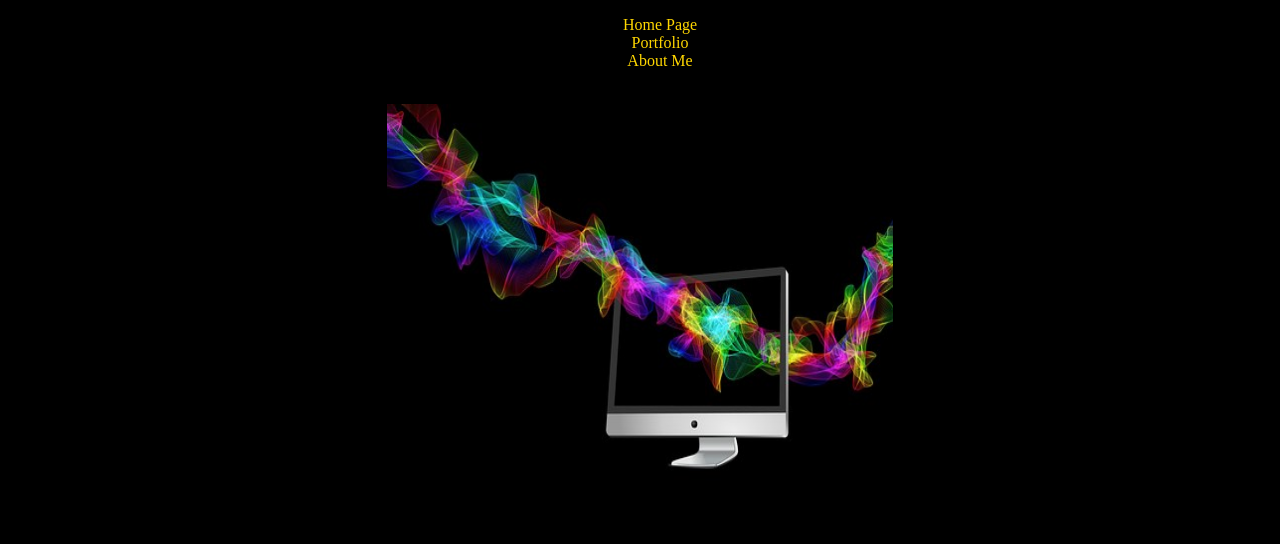
Repository: bluesyrupshed/bluesyrupshed.github.io
Page: index.html
The author's editor kept a record of every edit. The page is drawn from the files as they stood at one moment, then again after the next edit.
The browser window is 1280 px wide. The pictures show the whole page.

Above is the page before.

### index.html
<!DOCTYPE html>
<html>
    <head>
        <title>Home</title>
        <link rel="stylesheet" href="./styles/index.css">
          <link rel="shortcut icon" type="image/x-icon" href="computer favicon.png">
        </head>
    <body>
        <ul>
        <center><li><a href="index.html">Home Page</h1></a></li></center>
         <center><li><a href="portfolio.html">Portfolio</a></li></center>
         <center><li><a href="about.html">About Me</a></li></center>
          </ul>
          <br>


        <img src="smadel.jpg" alt="Computer with particles" width="400" height="400">
    </body>

</html>

### styles/index.css
body {
    background-color: rgb(0,0,0);
    list-style: none;
}

img {
  display: block;
  margin-left: auto;
  margin-right: auto;
  width: 40%;
}

a {
  color: #FFD700;
  text-decoration: none;
  display: block;
  margin: auto;
}

After the next edit:
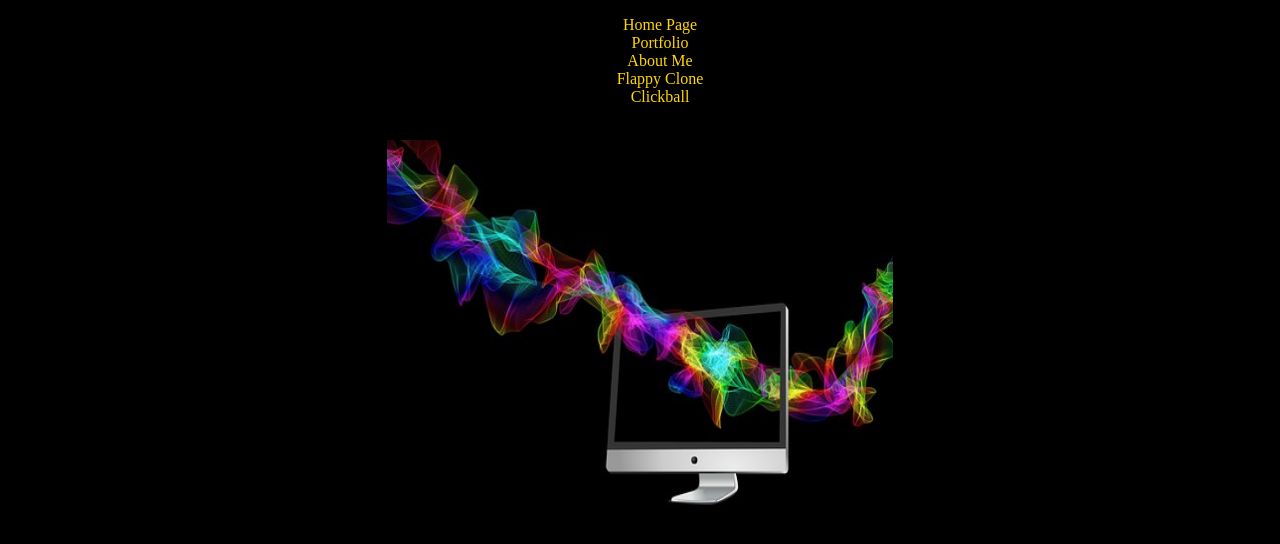
The edit:
--- a/index.html
+++ b/index.html
@@ -1,20 +1,34 @@
 <!DOCTYPE html>
 <html>
-    <head>
-        <title>Home</title>
-        <link rel="stylesheet" href="./styles/index.css">
-          <link rel="shortcut icon" type="image/x-icon" href="computer favicon.png">
-        </head>
-    <body>
-        <ul>
-        <center><li><a href="index.html">Home Page</h1></a></li></center>
-         <center><li><a href="portfolio.html">Portfolio</a></li></center>
-         <center><li><a href="about.html">About Me</a></li></center>
-          </ul>
-          <br>
+
+<head>
+    <title>Home</title>
+    <link rel="stylesheet" href="./styles/index.css">
+    <link rel="shortcut icon" type="image/x-icon" href="computer favicon.png">
+</head>
+
+<body>
+    <ul>
+        <center>
+            <li><a href="index.html">Home Page</h1></a></li>
+        </center>
+        <center>
+            <li><a href="portfolio.html">Portfolio</a></li>
+        </center>
+        <center>
+            <li><a href="about.html">About Me</a></li>
+        </center>
+        <center>
+            <li><a href="flappymm.html">Flappy Clone</a></li>
+        </center>
+        <center>
+            <li><a href="clickball.html">Clickball</a></li>
+        </center>
+    </ul>
+    <br>
 
 
-        <img src="smadel.jpg" alt="Computer with particles" width="400" height="400">
-    </body>
+    <img src="smadel.jpg" alt="Computer with particles" width="400" height="400">
+</body>
 
 </html>
